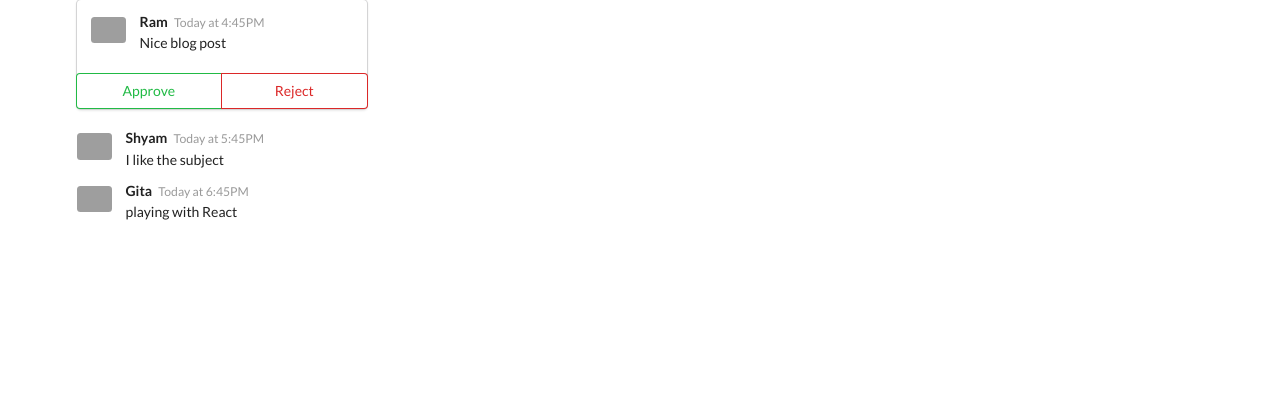
Repository: striver-69/Comments-App
Page: /
An editor plug-in stored every save of this project. The page is shown before and after the next save, followed by the edit.
The browser window is 1280 px wide. The pictures show the whole page.
Pictures or frames that could not be fetched are drawn as grey boxes. The project was rebuilt for these pictures with package versions that can differ from the ones it lists, and the page was loaded fresh each time.

Above is the page before, as saved 2021-03-02 04:58:36.

### src/index.js
import React from 'react'
import ReactDOM from 'react-dom'
import CommentDetail from './CommentDetail'
import ApprovalCard from './ApprovalCard'

const App=()=>{
  return (
    <div className="ui container comments">
      <ApprovalCard>
        <CommentDetail author="Ram" timeAgo="Today at 4:45PM" content="Nice blog post" />
      </ApprovalCard>
      <CommentDetail author="Shyam" timeAgo="Today at 5:45PM" content="I like the subject" />
      <CommentDetail author="Gita" timeAgo="Today at 6:45PM" content="playing with React" />
    </div>
  )
}

ReactDOM.render(<App/>,document.querySelector('#root'))

### src/CommentDetail.js
import React from 'react'
import faker from 'faker'

export default function CommentDetail(props) {
  return (
    <div className="comment">
        <a href="/" className="avatar">
        <img alt="avatar" src={faker.image.image()} />
        </a>
        <div className="content">
          <a href="/" className="author">
            {props.author}
          </a>
          <div className="metadata">
            <span className="date">{props.timeAgo}</span>
          </div>
          <div className="text">
            {props.content}
          </div>
        </div>
      </div>
  )
}

### src/ApprovalCard.js
import React from 'react'

export default function ApprovalCard(props) {
  console.log(props.children)
  return (
    <div className="ui card">
      <div className="content">{props.children}</div>
      <div className="ui two buttons">
        <div className="ui basic green button">
          Approve
        </div>
        <div className="ui basic red button">
          Reject
        </div>
      </div>
    </div>
  )
}

Loaded but not shown: public/index.html (common file)

After the next save:
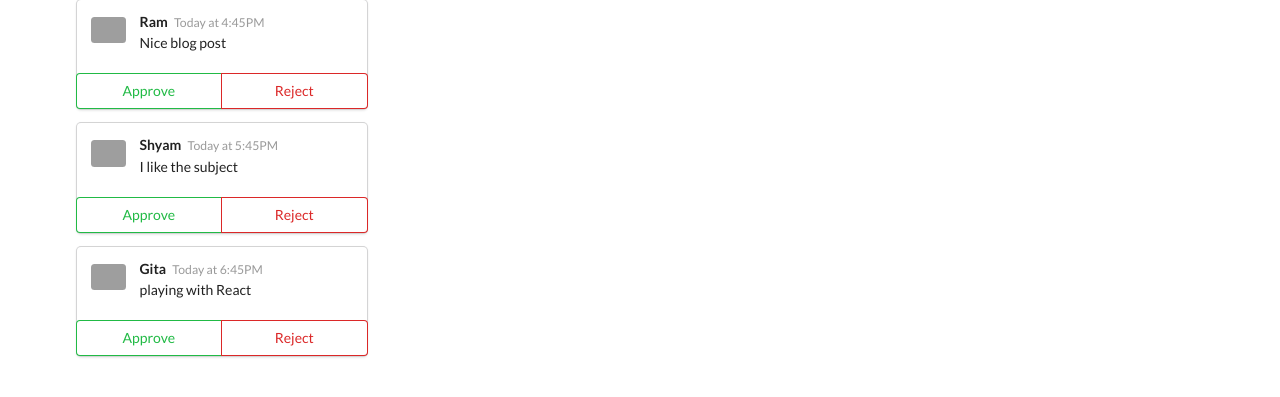
Saved 2 min 5 s later.
--- a/src/index.js
+++ b/src/index.js
@@ -9,8 +9,12 @@ const App=()=>{
       <ApprovalCard>
         <CommentDetail author="Ram" timeAgo="Today at 4:45PM" content="Nice blog post" />
       </ApprovalCard>
-      <CommentDetail author="Shyam" timeAgo="Today at 5:45PM" content="I like the subject" />
-      <CommentDetail author="Gita" timeAgo="Today at 6:45PM" content="playing with React" />
+      <ApprovalCard>
+        <CommentDetail author="Shyam" timeAgo="Today at 5:45PM" content="I like the subject" />
+      </ApprovalCard>
+      <ApprovalCard>
+        <CommentDetail author="Gita" timeAgo="Today at 6:45PM" content="playing with React" />
+      </ApprovalCard>
     </div>
   )
 }
